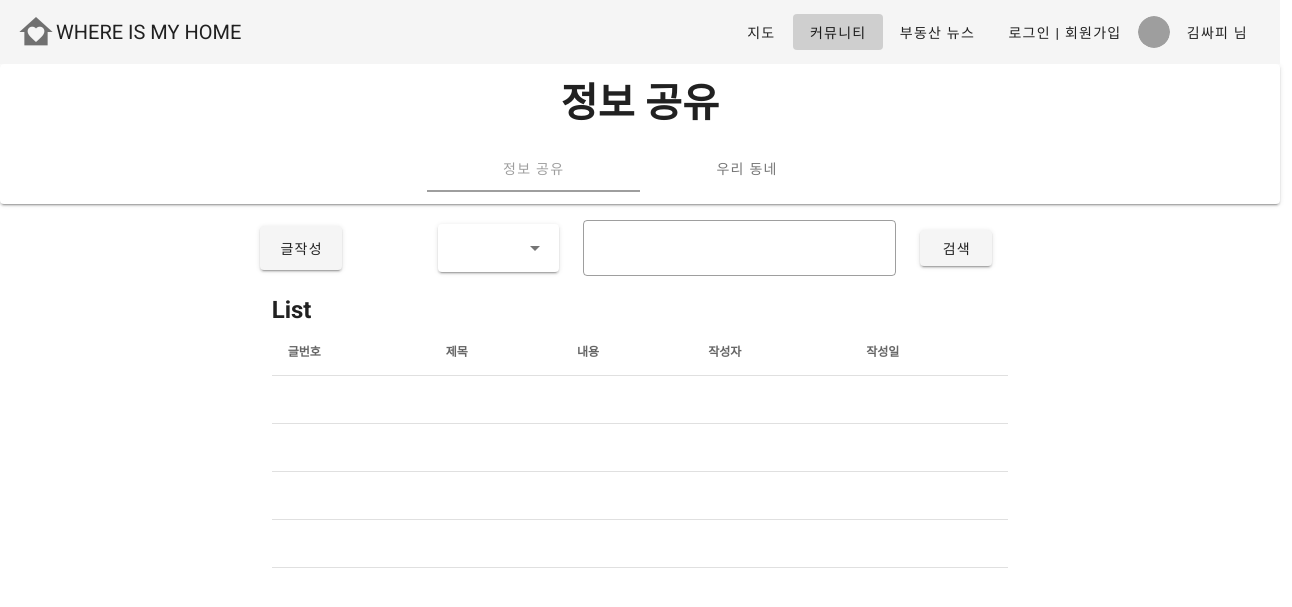
Repository: misso88/vue-whereIsMyHome
Page: /community/list
The author's editor kept a copy of each file at every save. The page is drawn from the files as they stood at one save, then again after the next save.
The browser window is 1280 px wide. The page is 1292 px wide, so the pictures cover 1292 px, including what lies to the right of the window. The pictures show the whole page.
Pictures or frames that could not be fetched are drawn as grey boxes. The project was rebuilt for these pictures with package versions that can differ from the ones it lists, and the page was loaded fresh each time. Also part of the build but not shown: vue.config.js, src/components/house/map/filter/LocationSelect.vue, src/components/house/HouseSearch.vue, src/views/AppMain.vue, src/components/house/sidebar/HouseListItem.vue, src/components/house/sidebar/HouseList.vue, src/components/house/sidebar/HouseListFilter.vue, src/components/house/sidebar/HouseSidebar.vue and 3 more. Imported but missing from the stored project, and not drawn on this page: src/assets/main.mp4.

Above is the page before, as saved 2022-11-21 09:51:55.

After the next save:
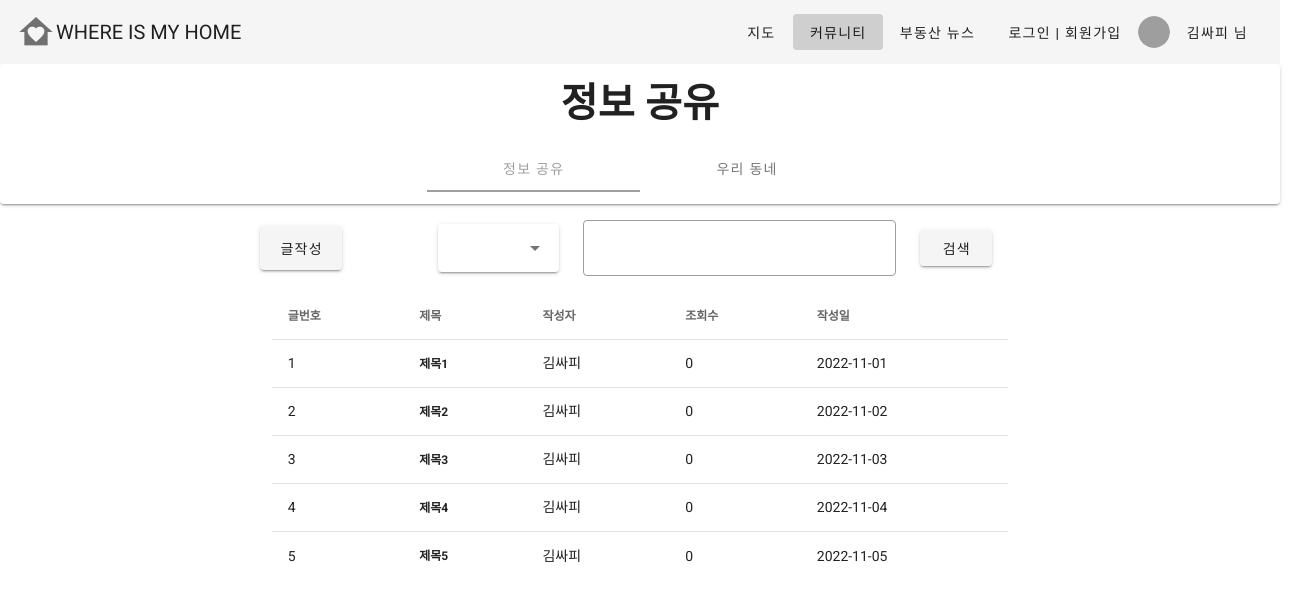
Saved 3 s later.
--- a/src/components/board/BoardList.vue
+++ b/src/components/board/BoardList.vue
@@ -1,42 +1,82 @@
 <template>
-<div>
-    <h2>List {{ getTab }}</h2>
+  <div>
+    <!-- <h2>List {{ getTab }}</h2> -->
     <v-simple-table>
-        <thead>
-            <tr>
-                <th v-for="header in headers" :key="header">{{header}}</th>
-            </tr>
-        </thead>
-        <tbody>
-            <board-list-item v-for="item in 5" :key="item"></board-list-item>
-        </tbody>
+      <thead>
+        <tr>
+          <th v-for="header in headers" :key="header">{{ header }}</th>
+        </tr>
+      </thead>
+      <tbody>
+        <board-list-item :to="{ name: 'boarddetail', params: { articleno: articleno } }" v-for="article in articles" :key="article.articleno" v-bind="article"></board-list-item>
+      </tbody>
     </v-simple-table>
-</div>
+  </div>
 </template>
 
 <script>
 import BoardListItem from "@/components/board/item/BoardListItem";
 
 export default {
-    name: "BoardList",
-    data() {
-        return {
-            headers: [
-                "글번호", "제목", "내용", "작성자", "작성일"
-            ]
-        }
+  name: "BoardList",
+  data() {
+    return {
+      headers: ["글번호", "제목", "작성자", "조회수", "작성일"],
+      // temp data
+      articles: [
+        {
+          articleno: 1,
+          subject: "제목1",
+          contents: "내용1",
+          author: "김싸피",
+          hit: 0,
+          registerDate: "2022-11-01",
+        },
+        {
+          articleno: 2,
+          subject: "제목2",
+          contents: "내용2",
+          author: "김싸피",
+          hit: 0,
+          registerDate: "2022-11-02",
+        },
+        {
+          articleno: 3,
+          subject: "제목3",
+          contents: "내용3",
+          author: "김싸피",
+          hit: 0,
+          registerDate: "2022-11-03",
+        },
+        {
+          articleno: 4,
+          subject: "제목4",
+          contents: "내용4",
+          author: "김싸피",
+          hit: 0,
+          registerDate: "2022-11-04",
+        },
+        {
+          articleno: 5,
+          subject: "제목5",
+          contents: "내용5",
+          author: "김싸피",
+          hit: 0,
+          registerDate: "2022-11-05",
+        },
+      ],
+    };
+  },
+  components: {
+    BoardListItem,
+  },
+  computed: {
+    getTab() {
+      return this.$store.state.boardStore.communityTab;
     },
-    components: {
-        BoardListItem,
-    },
-    computed: {
-        getTab(){
-            return this.$store.state.communityTab;
-        }
-    }
-}
+  },
+};
 </script>
 
 <style>
-
 </style>
